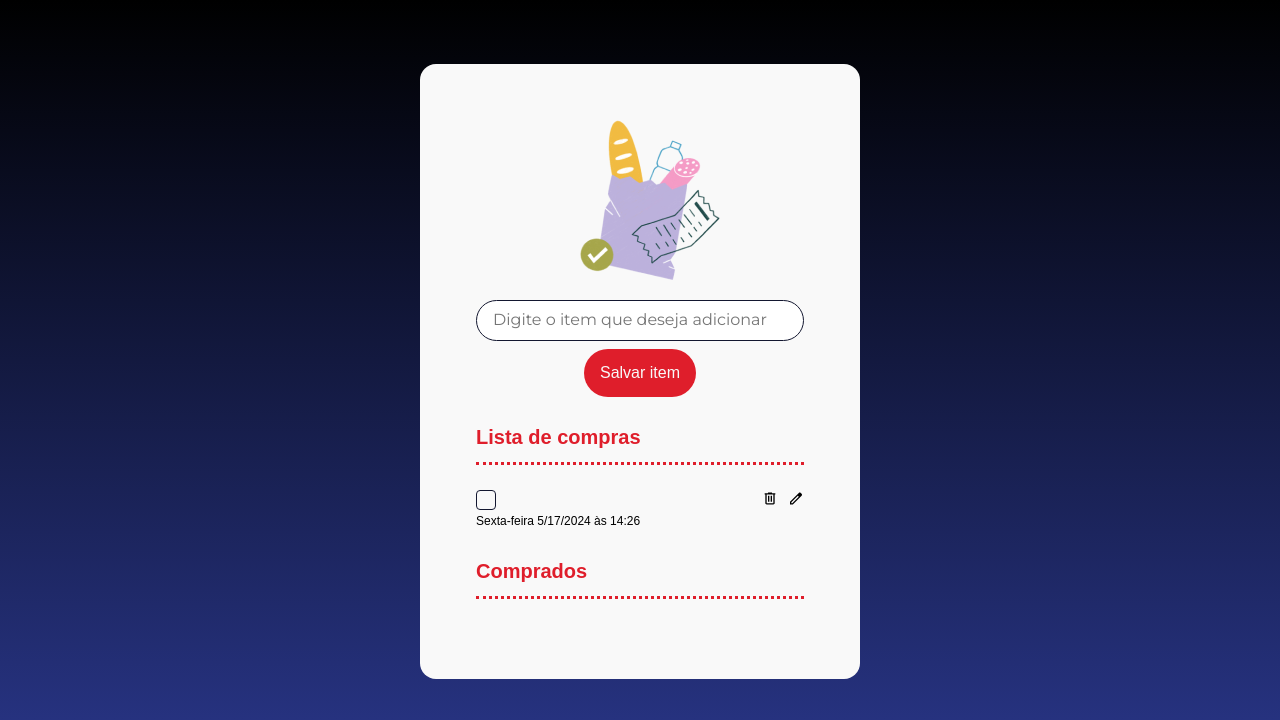
Repository: joaoPraiaJunior/compras_js
Page: index.html
These files come from the project's save history. The page is drawn as it stood at one moment and after the next save; the edit follows.
The browser window is 1280 px wide. The pictures show the whole page.
Empty fields were first filled with sample values (such as "Sample", 5 or name@example.com).
After loading, the first visible `form.compras` was submitted once.
Some web fonts or font styles are not loaded; a fallback is used.

Above is the page before, as saved 2024-08-23 19:22:29.

After the next save:
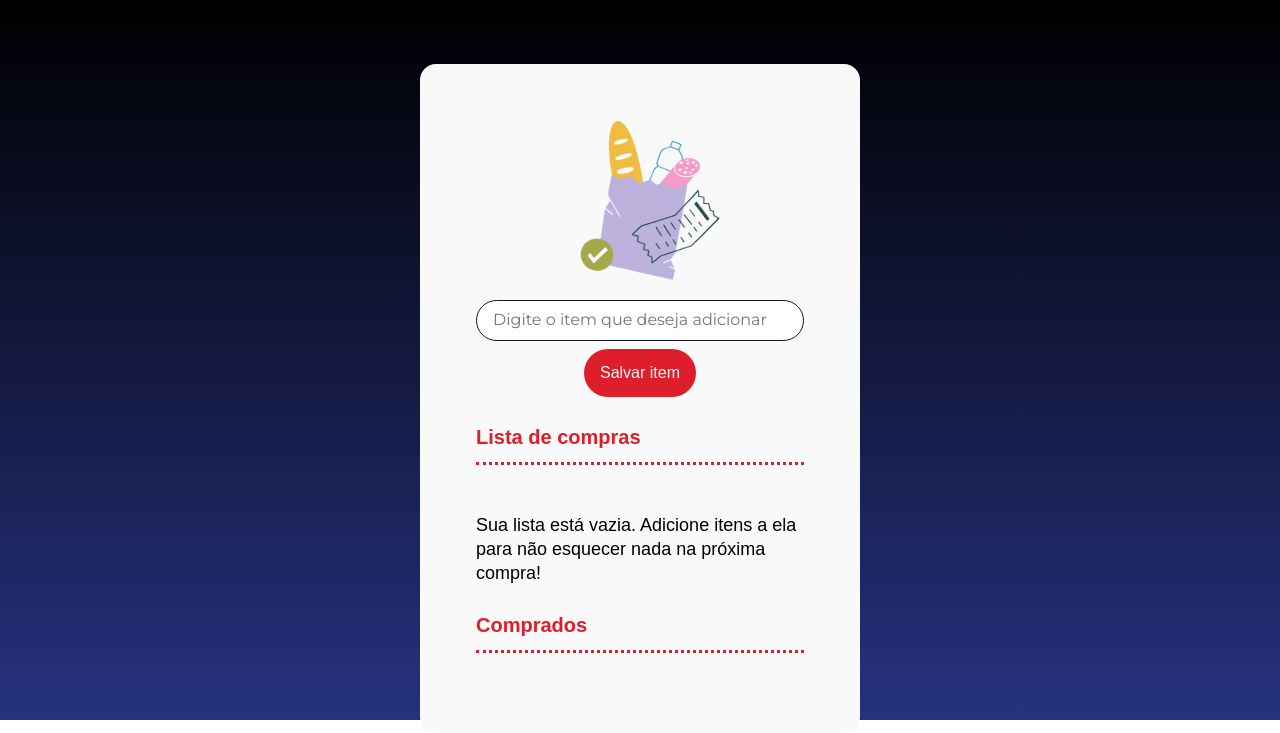
Console error: ReferenceError: labvelDoCheckbox is not defined
Saved 73 s later.
--- a/js/modulos/criarItemDaLista.js
+++ b/js/modulos/criarItemDaLista.js
@@ -47,6 +47,7 @@
     divContainer.appendChild(divListaDeCompras);
     divListaDeCompras.appendChild(labelDoCheckbox);
     spanDoLabel.textContent = `${textoCapitalizado(itemDeCompra)}`;
+    labvelDoCheckbox.appendChild(spanDoLabel);
     labelDoCheckbox.appendChild(inputCheckbox);
     labelDoCheckbox.appendChild(checkBoxCustomizado);
     divContainer.appendChild(divBotao);

After the save that followed:
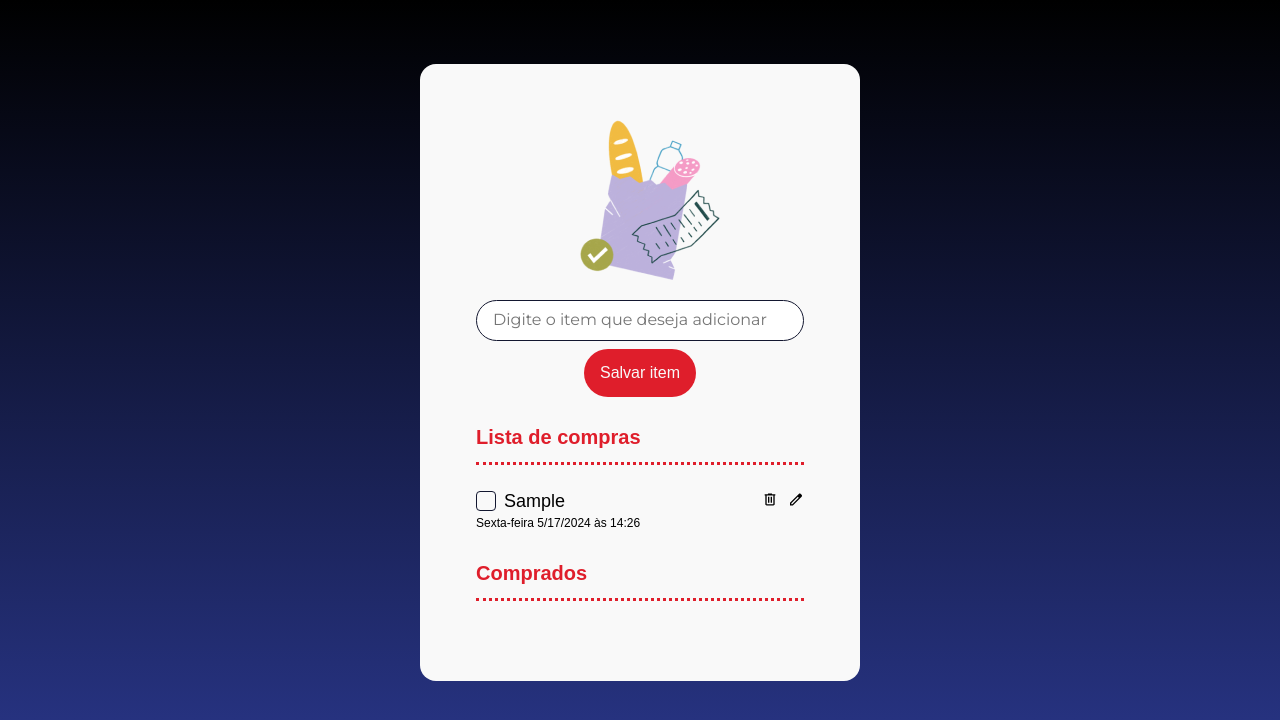
The error is gone.
Saved 71 s later.
--- a/js/modulos/criarItemDaLista.js
+++ b/js/modulos/criarItemDaLista.js
@@ -47,7 +47,7 @@
     divContainer.appendChild(divListaDeCompras);
     divListaDeCompras.appendChild(labelDoCheckbox);
     spanDoLabel.textContent = `${textoCapitalizado(itemDeCompra)}`;
-    labvelDoCheckbox.appendChild(spanDoLabel);
+    labelDoCheckbox.appendChild(spanDoLabel);
     labelDoCheckbox.appendChild(inputCheckbox);
     labelDoCheckbox.appendChild(checkBoxCustomizado);
     divContainer.appendChild(divBotao);
